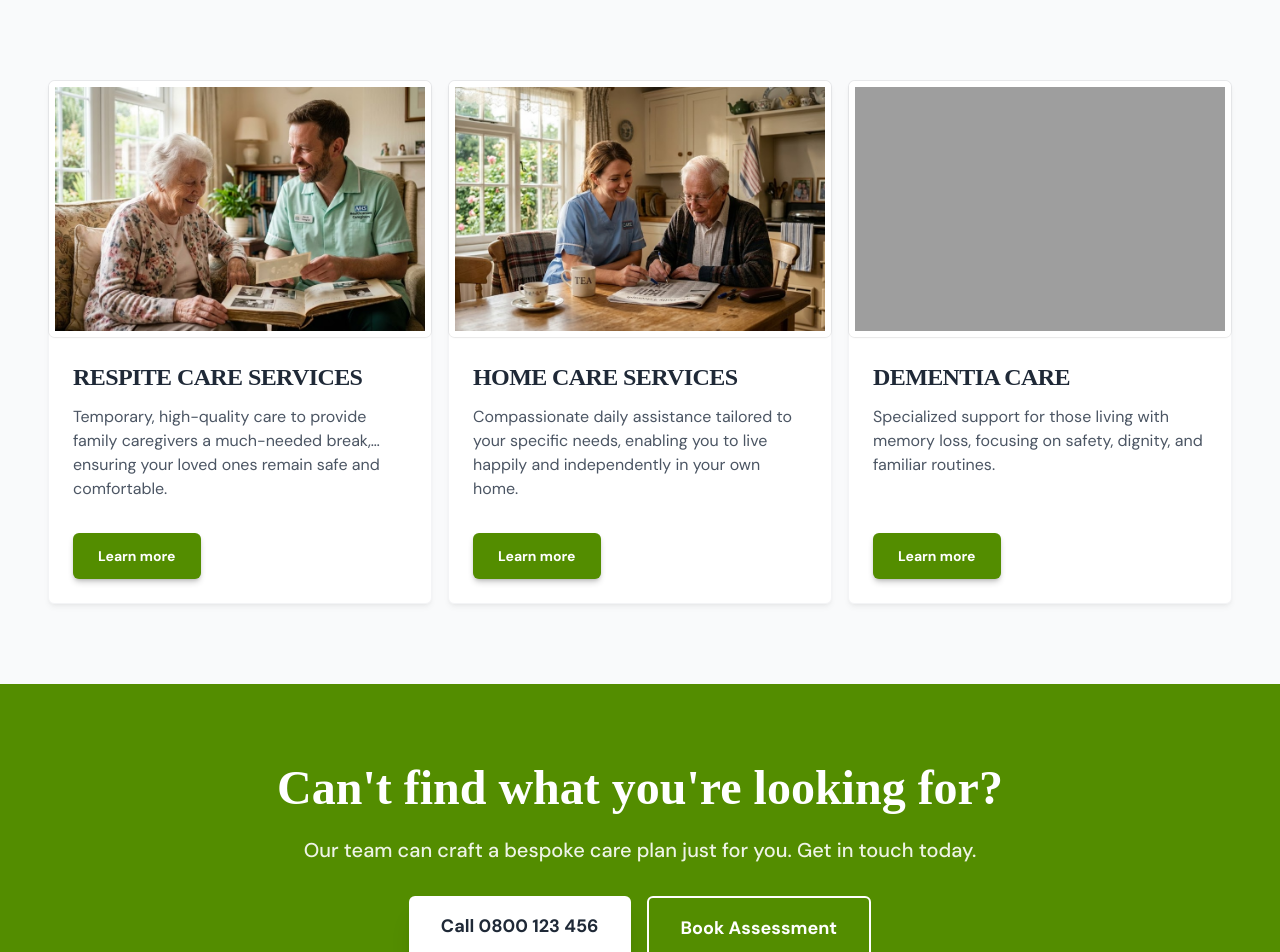
Repository: Iqbalhossen07/care
Page: http://localhost/services.php
The author's editor kept a copy of each file at every save. The page is drawn from the files as they stood at one save, then again after the next save.
The browser window is 1280 px wide. The pictures show the part of the page from y = 331 to 1283 px (the page is 1760 px tall).
Pictures or frames that could not be fetched are drawn as grey boxes. Some web fonts or font styles are not loaded; a fallback is used. Some web libraries are served in a nearby version. The page is run by PHP 8.4 with error messages shown; the project is at /var/www/html/.

Above is the page before, as saved 2026-02-28 03:46:23.

### services.php
<?php include('head.php') ?>

<body class="font-body text-gray-600 antialiased bg-white">
    <?php include('header.php') ?>

    <section class="relative h-[250px] flex items-center overflow-hidden bg-darkText">
        <div class="absolute inset-0 z-0">
            <img src="https://images.unsplash.com/photo-1586762524442-db59706294ad?auto=format&fit=crop&w=1500&q=80"
                class="w-full h-full object-cover opacity-40" alt="Services Background">
            <div class="absolute inset-0 bg-gradient-to-r from-darkText via-darkText/80 to-transparent"></div>
        </div>

        <div class="max-w-7xl mx-auto px-6 lg:px-12 relative z-10 w-full">
            <nav class="flex mb-4" aria-label="Breadcrumb">
                <ol class="inline-flex items-center space-x-1 md:space-x-3 text-sm font-medium">
                    <li class="inline-flex items-center">
                        <a href="index.php"
                            class="text-gray-300 hover:text-brand transition-colors flex items-center gap-2">
                            <svg class="w-4 h-4" fill="currentColor" viewBox="0 0 20 20">
                                <path
                                    d="M10.707 2.293a1 1 0 00-1.414 0l-7 7a1 1 0 001.414 1.414L4 10.414V17a1 1 0 001 1h2a1 1 0 001-1v-2a1 1 0 011-1h2a1 1 0 011 1v2a1 1 0 001 1h2a1 1 0 001-1v-6.586l.293.293a1 1 0 001.414-1.414l-7-7z">
                                </path>
                            </svg>
                            Home
                        </a>
                    </li>
                    <li>
                        <div class="flex items-center">
                            <svg class="w-6 h-6 text-gray-500" fill="currentColor" viewBox="0 0 20 20">
                                <path fill-rule="evenodd"
                                    d="M7.293 14.707a1 1 0 010-1.414L10.586 10 7.293 6.707a1 1 0 011.414-1.414l4 4a1 1 0 010 1.414l-4 4a1 1 0 01-1.414 0z"
                                    clip-rule="evenodd"></path>
                            </svg>
                            <span class="ml-1 md:ml-2 text-brand font-bold uppercase tracking-widest">Our
                                Services</span>
                        </div>
                    </li>
                </ol>
            </nav>
            <h1 class="font-heading text-4xl md:text-5xl font-bold text-white mb-2">Our Specialist Services</h1>
            <p class="text-gray-300 text-lg max-w-2xl">Premium, compassionate care tailored to your everyday life,
                ensuring independence at home.</p>
        </div>
    </section>

    <section class="py-20 bg-lightBg">
        <div class="max-w-7xl mx-auto px-6 lg:px-12">
            <div class="grid grid-cols-1 md:grid-cols-2 lg:grid-cols-3 gap-8 md:gap-4">

                <div
                    class="bg-white rounded-md border border-gray-100 shadow-md shadow-black/5 hover:shadow-xl hover:shadow-black/10 transition-all duration-300 group flex flex-col">
                    <div
                        class="relative h-64 rounded-md overflow-hidden border-[6px] border-white shadow-sm ring-1 ring-black/5 ">
                        <img src="img/s1.jpg" alt="Respite Care"
                            class="w-full h-full object-cover transition-transform duration-700 group-hover:scale-110">
                        <div
                            class="absolute inset-0 bg-gradient-to-t from-darkText/40 to-transparent opacity-0 group-hover:opacity-100 transition-opacity duration-300">
                        </div>
                    </div>
                    <div class="flex-1 flex flex-col p-6">
                        <h3 class="font-heading text-2xl font-bold text-darkText mb-3 uppercase tracking-tight">Respite
                            Care Services</h3>
                        <p class="text-gray-600 mb-8 text-sm md:text-base leading-relaxed flex-1  description">
                            Temporary, high-quality care to provide family caregivers a much-needed break, ensuring your
                            loved ones remain safe and comfortable.
                        </p>
                        <a href="service-details.php"
                            class="mt-auto self-start inline-flex items-center justify-center px-6 py-3 border border-transparent text-sm font-bold rounded-md text-white bg-brand hover:bg-brandDark shadow-md shadow-black/20 hover:shadow-lg hover:shadow-black/30 transition-all duration-300 transform hover:-translate-y-1">
                            Learn more
                        </a>
                    </div>
                </div>

                <div
                    class="bg-white rounded-md border border-gray-100 shadow-md shadow-black/5 hover:shadow-xl hover:shadow-black/10 transition-all duration-300 group flex flex-col">
                    <div
                        class="relative h-64 rounded-md overflow-hidden border-[6px] border-white shadow-sm ring-1 ring-black/5 ">
                        <img src="img/s2.jpg" alt="Home Care"
                            class="w-full h-full object-cover transition-transform duration-700 group-hover:scale-110">
                        <div
                            class="absolute inset-0 bg-gradient-to-t from-darkText/40 to-transparent opacity-0 group-hover:opacity-100 transition-opacity duration-300">
                        </div>
                    </div>
                    <div class="flex-1 flex flex-col p-6">
                        <h3 class="font-heading text-2xl font-bold text-darkText mb-3 uppercase tracking-tight">Home
                            Care Services</h3>
                        <p class="text-gray-600 mb-8 text-sm md:text-base leading-relaxed flex-1">
                            Compassionate daily assistance tailored to your specific needs, enabling you to live happily
                            and independently in your own home.
                        </p>
                        <a href="service-details.php"
                            class="mt-auto self-start inline-flex items-center justify-center px-6 py-3 border border-transparent text-sm font-bold rounded-md text-white bg-brand hover:bg-brandDark shadow-md shadow-black/20 hover:shadow-lg hover:shadow-black/30 transition-all duration-300 transform hover:-translate-y-1">
                            Learn more
                        </a>
                    </div>
                </div>

                <div
                    class="bg-white rounded-md border border-gray-100 shadow-md shadow-black/5 hover:shadow-xl hover:shadow-black/10 transition-all duration-300 group flex flex-col">
                    <div
                        class="relative h-64 rounded-md overflow-hidden border-[6px] border-white shadow-sm ring-1 ring-black/5 ">
                        <img src="https://images.unsplash.com/photo-1581578731548-c64695cc6952?auto=format&fit=crop&w=800&q=80"
                            alt="Dementia Care"
                            class="w-full h-full object-cover transition-transform duration-700 group-hover:scale-110">
                        <div
                            class="absolute inset-0 bg-gradient-to-t from-darkText/40 to-transparent opacity-0 group-hover:opacity-100 transition-opacity duration-300">
                        </div>
                    </div>
                    <div class="flex-1 flex flex-col p-6">
                        <h3 class="font-heading text-2xl font-bold text-darkText mb-3 uppercase tracking-tight">Dementia
                            Care</h3>
                        <p class="text-gray-600 mb-8 text-sm md:text-base leading-relaxed flex-1">
                            Specialized support for those living with memory loss, focusing on safety, dignity, and
                            familiar routines.
                        </p>
                        <a href="service-details.php"
                            class="mt-auto self-start inline-flex items-center justify-center px-6 py-3 border border-transparent text-sm font-bold rounded-md text-white bg-brand hover:bg-brandDark shadow-md shadow-black/20 hover:shadow-lg hover:shadow-black/30 transition-all duration-300 transform hover:-translate-y-1">
                            Learn more
                        </a>
                    </div>
                </div>

            </div>
        </div>
    </section>

    <section class="py-20 bg-brand text-center px-6">
        <div class="max-w-3xl mx-auto">
            <h2 class="font-heading text-3xl md:text-5xl font-bold text-white mb-6">Can't find what you're looking for?
            </h2>
            <p class="text-white/90 text-xl mb-8 font-medium">Our team can craft a bespoke care plan just for you. Get
                in touch today.</p>
            <div class="flex flex-col sm:flex-row justify-center gap-4">
                <a href="tel:0800123456"
                    class="bg-white text-darkText px-8 py-4 rounded-md font-bold text-lg hover:bg-gray-100 transition-colors shadow-xl shadow-black/10 transform hover:-translate-y-1 duration-300">
                    Call 0800 123 456
                </a>
                <a href="contact.php"
                    class="border-2 border-white text-white px-8 py-4 rounded-md font-bold text-lg hover:bg-white hover:text-brand transition-colors transform hover:-translate-y-1 duration-300">
                    Book Assessment
                </a>
            </div>
        </div>
    </section>

    <?php include('footer.php') ?>

    <script src="main.js"></script>
</body>

</html>

### head.php
<!DOCTYPE html>
<html lang="en" class="scroll-smooth">

<head>
    <meta charset="UTF-8">
    <meta name="viewport" content="width=device-width, initial-scale=1.0">
    <title>Careline | Premium UK Home Support</title>
    <link
        href="https://fonts.googleapis.com/css2?family=DM+Sans:wght@400;500;700&family=PT+Serif:ital,wght@0,400;0,700;1,400&display=swap"
        rel="stylesheet">
    <script src="https://cdn.tailwindcss.com"></script>
    <script>
    tailwind.config = {
        theme: {
            extend: {
                colors: {
                    brand: '#538d00',
                    brandDark: '#7ab81f',
                    darkText: '#1f2937',
                    lightBg: '#f9fafb'
                },
                fontFamily: {
                    heading: ['"PT Serif"', 'serif'],
                    body: ['"DM Sans"', 'sans-serif'],
                }
            }
        }
    }
    </script>

    <link rel="stylesheet" href="style.css?v=<?= time(); ?>">
</head>

### header.php
 <header class="bg-white/95 backdrop-blur-sm border-b border-gray-100 sticky top-0 z-50">
     <div class="max-w-7xl mx-auto px-4 sm:px-6 lg:px-8">
         <div class="flex justify-between items-center h-20">
             <a href="#" class="font-heading font-bold text-3xl text-darkText flex items-center gap-2">
                 <span class="w-8 h-8 rounded-full bg-brand inline-block shadow-md"></span>
                 Careline
             </a>

             <nav class="hidden md:flex space-x-8 items-center">
                 <a href="#home" class="text-gray-700 hover:text-brand font-medium transition-colors">Home</a>
                 <a href="#about" class="text-gray-700 hover:text-brand font-medium transition-colors">About Us</a>
                 <a href="services.php"
                     class="text-gray-700 hover:text-brand font-medium transition-colors">Services</a>
                 <a href="#why-us" class="text-gray-700 hover:text-brand font-medium transition-colors">Why Us</a>
                 <a href="#contact"
                     class="bg-brand text-white px-6 py-2.5 rounded-md font-bold hover:bg-brandDark shadow-md shadow-black/20 hover:shadow-lg hover:shadow-black/30 transition-all duration-300 transform hover:-translate-y-1">
                     Get Support
                 </a>
             </nav>

             <div class="md:hidden flex items-center">
                 <button id="mobile-menu-btn" class="text-gray-700 hover:text-brand focus:outline-none p-2">
                     <svg class="h-7 w-7" fill="none" viewBox="0 0 24 24" stroke="currentColor">
                         <path id="menu-icon" stroke-linecap="round" stroke-linejoin="round" stroke-width="2"
                             d="M4 6h16M4 12h16M4 18h16" />
                     </svg>
                 </button>
             </div>
         </div>
     </div>

     <div id="mobile-menu" class="hidden md:hidden bg-white border-t border-gray-100 absolute w-full shadow-xl">
         <div class="px-4 pt-2 pb-6 space-y-2">
             <a href="#home"
                 class="block px-3 py-3 text-base font-medium text-gray-700 hover:text-brand hover:bg-lightBg rounded-lg">Home</a>
             <a href="#about"
                 class="block px-3 py-3 text-base font-medium text-gray-700 hover:text-brand hover:bg-lightBg rounded-lg">About
                 Us</a>
             <a href="services.php"
                 class="block px-3 py-3 text-base font-medium text-gray-700 hover:text-brand hover:bg-lightBg rounded-lg">Services</a>
             <a href="#why-us"
                 class="block px-3 py-3 text-base font-medium text-gray-700 hover:text-brand hover:bg-lightBg rounded-lg">Why
                 Us</a>
             <a href="#contact"
                 class="block px-3 py-2 text-base font-bold text-white bg-brand text-center rounded-lg mt-4 shadow-md shadow-black/20 hover:shadow-lg hover:shadow-black/30 transition-all duration-300 transform hover:-translate-y-1">Get
                 Support</a>
         </div>
     </div>
 </header>

### footer.php
  <footer class="bg-[#111827] text-gray-300 py-16">
      <div class="max-w-7xl mx-auto px-6 lg:px-8">
          <div class="grid grid-cols-1 md:grid-cols-4 gap-12 border-b border-gray-800 pb-12 mb-8">
              <div class="col-span-1 md:col-span-1">
                  <a href="#" class="font-heading font-bold text-3xl text-white flex items-center gap-2 mb-4">
                      <span class="w-6 h-6 rounded-full bg-brand inline-block"></span>
                      Careline
                  </a>
                  <p class="text-sm text-gray-400 mb-6">Premium home support helping families across the United
                      Kingdom maintain independence and joy.</p>
              </div>

              <div>
                  <h4 class="text-white font-bold font-heading mb-4 text-lg">Quick Links</h4>
                  <ul class="space-y-3 text-sm">
                      <li><a href="#about" class="hover:text-brand transition-colors">About Us</a></li>
                      <li><a href="#services" class="hover:text-brand transition-colors">Our Services</a></li>
                      <li><a href="#" class="hover:text-brand transition-colors">Careers</a></li>
                      <li><a href="#" class="hover:text-brand transition-colors">Contact</a></li>
                  </ul>
              </div>

              <div>
                  <h4 class="text-white font-bold font-heading mb-4 text-lg">Services</h4>
                  <ul class="space-y-3 text-sm">
                      <li><a href="#" class="hover:text-brand transition-colors">Personal Care</a></li>
                      <li><a href="#" class="hover:text-brand transition-colors">Dementia Care</a></li>
                      <li><a href="#" class="hover:text-brand transition-colors">Live-in Care</a></li>
                      <li><a href="#" class="hover:text-brand transition-colors">Respite Care</a></li>
                  </ul>
              </div>

              <div>
                  <h4 class="text-white font-bold font-heading mb-4 text-lg">Contact Us</h4>
                  <ul class="space-y-3 text-sm">
                      <li class="flex items-center gap-2"><svg class="w-4 h-4 text-brand" fill="none"
                              stroke="currentColor" viewBox="0 0 24 24">
                              <path stroke-linecap="round" stroke-linejoin="round" stroke-width="2"
                                  d="M3 5a2 2 0 012-2h3.28a1 1 0 01.948.684l1.498 4.493a1 1 0 01-.502 1.21l-2.257 1.13a11.042 11.042 0 005.516 5.516l1.13-2.257a1 1 0 011.21-.502l4.493 1.498a1 1 0 01.684.949V19a2 2 0 01-2 2h-1C9.716 21 3 14.284 3 6V5z" />
                          </svg> 0800 123 456</li>
                      <li class="flex items-center gap-2"><svg class="w-4 h-4 text-brand" fill="none"
                              stroke="currentColor" viewBox="0 0 24 24">
                              <path stroke-linecap="round" stroke-linejoin="round" stroke-width="2"
                                  d="M3 8l7.89 5.26a2 2 0 002.22 0L21 8M5 19h14a2 2 0 002-2V7a2 2 0 00-2-2H5a2 2 0 00-2 2v10a2 2 0 002 2z" />
                          </svg> hello@careline.co.uk</li>
                      <li class="flex items-center gap-2"><svg class="w-4 h-4 text-brand" fill="none"
                              stroke="currentColor" viewBox="0 0 24 24">
                              <path stroke-linecap="round" stroke-linejoin="round" stroke-width="2"
                                  d="M17.657 16.657L13.414 20.9a1.998 1.998 0 01-2.827 0l-4.244-4.243a8 8 0 1111.314 0z" />
                              <path stroke-linecap="round" stroke-linejoin="round" stroke-width="2"
                                  d="M15 11a3 3 0 11-6 0 3 3 0 016 0z" />
                          </svg> London, United Kingdom</li>
                  </ul>
              </div>
          </div>

          <div class="flex flex-col md:flex-row justify-between items-center text-sm text-gray-500">
              <p>&copy; 2026 Careline UK. All rights reserved.</p>
              <div class="flex space-x-4 mt-4 md:mt-0">
                  <a href="#" class="hover:text-white transition-colors">Privacy Policy</a>
                  <a href="#" class="hover:text-white transition-colors">Terms of Service</a>
              </div>
              <p class="text-xs text-gray-600 mt-4 md:mt-0">Crafted with care by Sets Tech</p>
          </div>
      </div>
  </footer>

### style.css
@keyframes scroll-left {
  0% {
    transform: translateX(0);
  }

  100% {
    transform: translateX(-50%);
  }
}

.animate-marquee {
  display: flex;
  width: max-content;
  animation: scroll-left 60s linear infinite;
}

.animate-marquee:hover {
  animation-play-state: paused;
  /* Pause on hover so users can read */
}

.description {
  display: -webkit-box;
  -webkit-line-clamp: 2; /* কয় লাইন দেখাবে */
  -webkit-box-orient: vertical;
  overflow: hidden; /* এটি না থাকলে বাকি লেখাগুলো নিচে দেখা যাবে */
}

### main.js

    const btn = document.getElementById('mobile-menu-btn');
    const menu = document.getElementById('mobile-menu');
    const icon = document.getElementById('menu-icon');

    btn.addEventListener('click', () => {
        menu.classList.toggle('hidden');
        // Toggle hamburger / close icon
        if (menu.classList.contains('hidden')) {
            icon.setAttribute('d', 'M4 6h16M4 12h16M4 18h16');
        } else {
            icon.setAttribute('d', 'M6 18L18 6M6 6l12 12');
        }
    });

    // Close mobile menu when a link is clicked
    const mobileLinks = menu.querySelectorAll('a');
    mobileLinks.forEach(link => {
        link.addEventListener('click', () => {
            menu.classList.add('hidden');
            icon.setAttribute('d', 'M4 6h16M4 12h16M4 18h16');
        });
    });

After the next save:
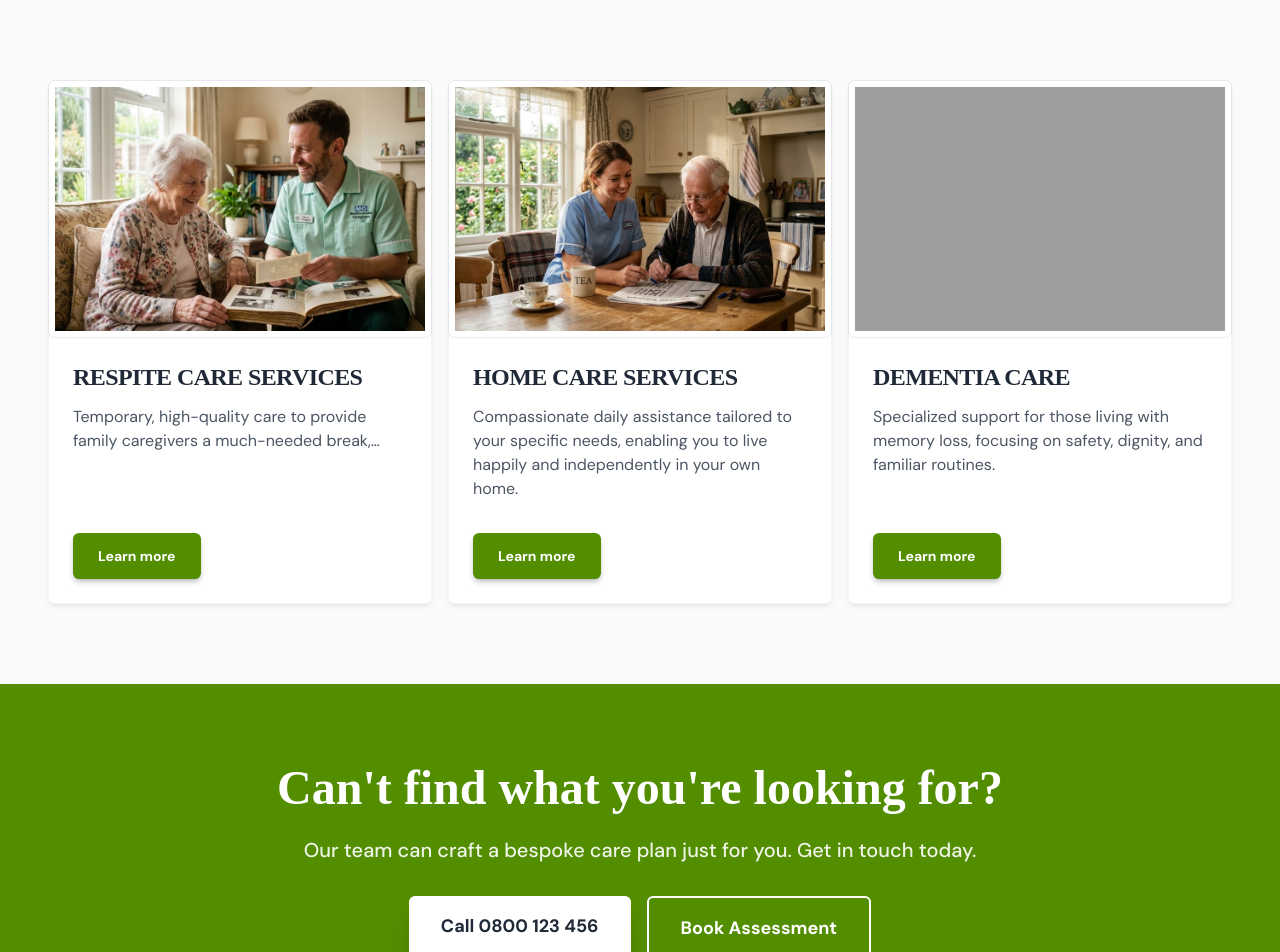
Saved 54 s later.
--- a/services.php
+++ b/services.php
@@ -60,7 +60,7 @@
                     <div class="flex-1 flex flex-col p-6">
                         <h3 class="font-heading text-2xl font-bold text-darkText mb-3 uppercase tracking-tight">Respite
                             Care Services</h3>
-                        <p class="text-gray-600 mb-8 text-sm md:text-base leading-relaxed flex-1  description">
+                        <p class="text-gray-600 mb-8 text-sm md:text-base leading-relaxed line-clamp-2">
                             Temporary, high-quality care to provide family caregivers a much-needed break, ensuring your
                             loved ones remain safe and comfortable.
                         </p>
